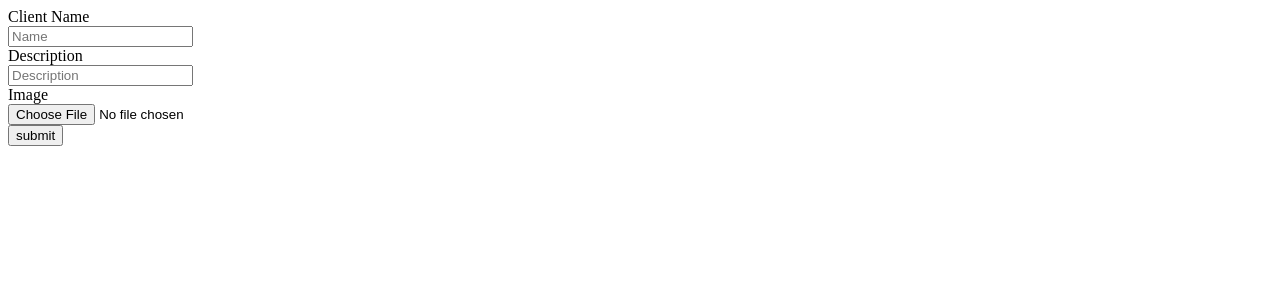
Repository: sandhya8109/hope
Page: http://localhost/admin/add_testimonial.php
These files come from the project's save history. The page is drawn as it stood at one moment and after the next save; the edit follows.
The browser window is 1280 px wide. The pictures show the whole page.
The page is run by PHP 8.4 with error messages shown; the project is at /var/www/html/.

Above is the page before, as saved 2023-06-04 15:20:30.

### admin/add_testimonial.php
<?php
include('db_connect.php');

  ?>

<?php
if (isset($_POST['submit'])){
$name = $_POST['name'];
$descb = $_POST['descb'];
$image = rand(1000,100000)."_".$_FILES['image']['name'];
$file_local = $_FILES['image']['tmp_name'];
$folder="assets/img/.";
move_uploaded_file($file_local,$folder.$image);
$query = mysqli_query($conn,"INSERT INTO testimonial_management(name,descb,image)VALUE('$name','$descb','$image')");
 if($query){
  $_SESSION['status']= "Record has been inserted successfully !";



 }
 else
 {
  echo "something went wrong !";
 }

}
?>

<script>
  if ( window.history.replaceState )
  {
    window.history.replaceState( null, null, window.location.href );
  }
</script>


<body id="page-top">

<!-- Page Wrapper -->
<div id="wrapper">

<!-- Content Wrapper -->
<div id="content-wrapper" class="d-flex flex-column">

<!-- Main Content -->
<div id="content">

<!-- Begin Page Content -->




<div class="card">

<div class="card-body">





<form method="post" action="#" enctype="multipart/form-data">
  <div class="form-group row">
    <label for="colFormLabelLg" class="col-sm-2 col-form-label col-form-label-lg">Client Name</label>

    <div class="col-sm-8">
      <input type="text" name="name" class="form-control form-control-lg" id="title" placeholder="Name" required="">
    </div>

  </div>

   <div class="form-group row">
    <label for="colFormLabelLg" class="col-sm-2 col-form-label col-form-label-lg">Description</label>
    <div class="col-sm-8">
    <input type="text" name="descb"  class="form-control form-control-lg" id="descb" placeholder="Description" required="">
    </div>
  </div>

   <div class="form-group row">
    <label for="colFormLabelLg" class="col-sm-2 col-form-label col-form-label-lg">Image</label>
    <div class="col-sm-8">
      <input type="file" name="image"  class="form-control form-control-lg" id="image" required="">
    </div>
  </div>

    <div class="form-group row">
    <label for="colFormLabelLg" class="col-sm-2 col-form-label col-form-label-lg"></label>
    <div class="col-sm-2">
      <input type="submit" name="submit" value="submit"class="form-control form-control-lg btn btn-primary">
    </div>
  </div>

</form>
</div>
</div>

</div>
<!-- End of Main Content -->

### admin/db_connect.php
<?php

$conn = new mysqli('localhost', 'root', '', 'hope ability') or die("Could not connect to mysql" . mysqli_error($con));

After the next save:
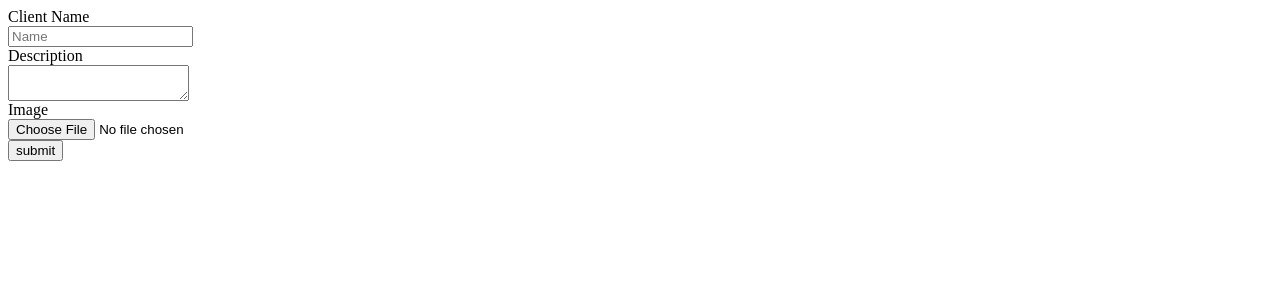
Saved 7 min 44 s later.
--- a/admin/add_testimonial.php
+++ b/admin/add_testimonial.php
@@ -1,97 +1,98 @@
 <?php
 include('db_connect.php');
 
-  ?>
+?>
 
 <?php
-if (isset($_POST['submit'])){
-$name = $_POST['name'];
-$descb = $_POST['descb'];
-$image = rand(1000,100000)."_".$_FILES['image']['name'];
-$file_local = $_FILES['image']['tmp_name'];
-$folder="assets/img/.";
-move_uploaded_file($file_local,$folder.$image);
-$query = mysqli_query($conn,"INSERT INTO testimonial_management(name,descb,image)VALUE('$name','$descb','$image')");
- if($query){
-  $_SESSION['status']= "Record has been inserted successfully !";
+if (isset($_POST['submit'])) {
+  $name = $_POST['name'];
+  $descb = $_POST['descb'];
+  $image = rand(1000, 100000) . "_" . $_FILES['image']['name'];
+  $file_local = $_FILES['image']['tmp_name'];
+  $folder = "assets/img/.";
+  move_uploaded_file($file_local, $folder . $image);
+  $query = mysqli_query($conn, "INSERT INTO testimonial_management(name,descb,image)VALUE('$name','$descb','$image')");
+  if ($query) {
+    $_SESSION['status'] = "Record has been inserted successfully !";
 
 
 
- }
- else
- {
-  echo "something went wrong !";
- }
+  } else {
+    echo "something went wrong !";
+  }
 
 }
 ?>
 
 <script>
-  if ( window.history.replaceState )
-  {
-    window.history.replaceState( null, null, window.location.href );
+  if (window.history.replaceState) {
+    window.history.replaceState(null, null, window.location.href);
   }
 </script>
 
 
 <body id="page-top">
 
-<!-- Page Wrapper -->
-<div id="wrapper">
+  <!-- Page Wrapper -->
+  <div id="wrapper">
 
-<!-- Content Wrapper -->
-<div id="content-wrapper" class="d-flex flex-column">
+    <!-- Content Wrapper -->
+    <div id="content-wrapper" class="d-flex flex-column">
 
-<!-- Main Content -->
-<div id="content">
+      <!-- Main Content -->
+      <div id="content">
 
-<!-- Begin Page Content -->
+        <!-- Begin Page Content -->
 
 
 
 
-<div class="card">
+        <div class="card">
 
-<div class="card-body">
+          <div class="card-body">
 
 
 
 
 
-<form method="post" action="#" enctype="multipart/form-data">
-  <div class="form-group row">
-    <label for="colFormLabelLg" class="col-sm-2 col-form-label col-form-label-lg">Client Name</label>
+            <form method="post" action="#" enctype="multipart/form-data">
+              <div class="form-group row">
+                <label for="colFormLabelLg" class="col-sm-2 col-form-label col-form-label-lg">Client Name</label>
 
-    <div class="col-sm-8">
-      <input type="text" name="name" class="form-control form-control-lg" id="title" placeholder="Name" required="">
-    </div>
+                <div class="col-sm-8">
+                  <input type="text" name="name" class="form-control form-control-lg" id="title" placeholder="Name"
+                    required="">
+                </div>
 
-  </div>
+              </div>
 
-   <div class="form-group row">
-    <label for="colFormLabelLg" class="col-sm-2 col-form-label col-form-label-lg">Description</label>
-    <div class="col-sm-8">
-    <input type="text" name="descb"  class="form-control form-control-lg" id="descb" placeholder="Description" required="">
-    </div>
-  </div>
+              <div class="form-group row">
+                <label for="colFormLabelLg" class="col-sm-2 col-form-label col-form-label-lg">Description</label>
+                <div class="col-sm-8">
+                  <textarea type="text" name="descb" class="form-control form-control-lg" id="descb"
+                    placeholder="Description" required="">
+    </textarea>
+                </div>
+              </div>
 
-   <div class="form-group row">
-    <label for="colFormLabelLg" class="col-sm-2 col-form-label col-form-label-lg">Image</label>
-    <div class="col-sm-8">
-      <input type="file" name="image"  class="form-control form-control-lg" id="image" required="">
-    </div>
-  </div>
+              <div class="form-group row">
+                <label for="colFormLabelLg" class="col-sm-2 col-form-label col-form-label-lg">Image</label>
+                <div class="col-sm-8">
+                  <input type="file" name="image" class="form-control form-control-lg" id="image" required="">
+                </div>
+              </div>
 
-    <div class="form-group row">
-    <label for="colFormLabelLg" class="col-sm-2 col-form-label col-form-label-lg"></label>
-    <div class="col-sm-2">
-      <input type="submit" name="submit" value="submit"class="form-control form-control-lg btn btn-primary">
-    </div>
-  </div>
+              <div class="form-group row">
+                <label for="colFormLabelLg" class="col-sm-2 col-form-label col-form-label-lg"></label>
+                <div class="col-sm-2">
+                  <input type="submit" name="submit" value="submit"
+                    class="form-control form-control-lg btn btn-primary">
+                </div>
+              </div>
 
-</form>
-</div>
-</div>
+            </form>
+          </div>
+        </div>
 
-</div>
-<!-- End of Main Content -->
+      </div>
+      <!-- End of Main Content -->
